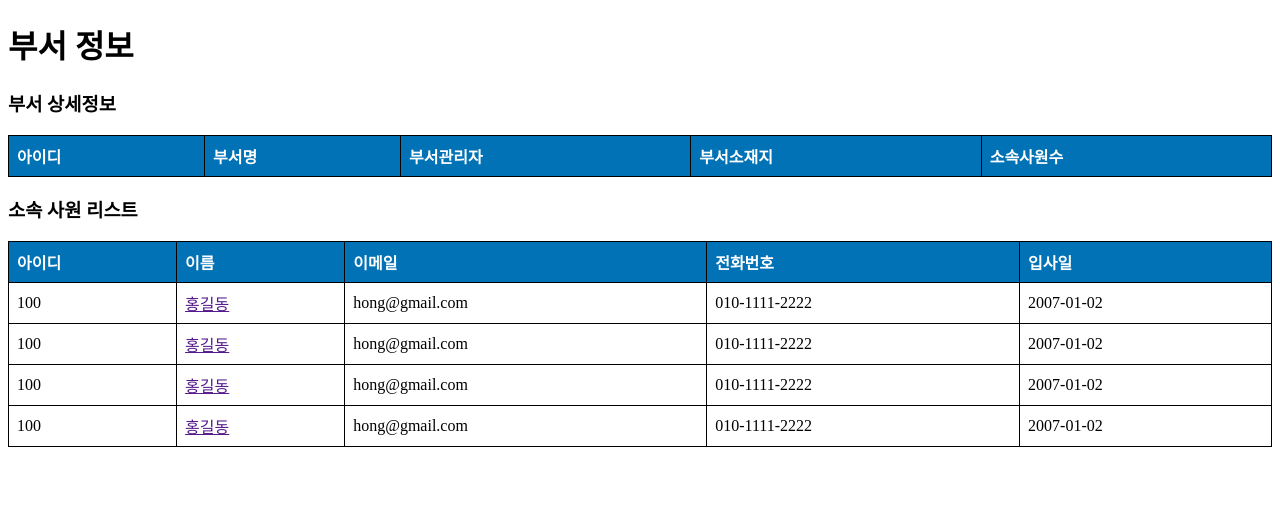
Repository: benpark0613/basic
Page: http://localhost/sample/hr/dept/detail.jsp
An editor plug-in stored every save of this project. The page is shown before and after the next save, followed by the edit.
The browser window is 1280 px wide. The pictures show the whole page.
The page is served by Tomcat 9. Other server files are loaded and not shown.

Above is the page before, as saved 2021-11-10 03:35:17.

### HR_app/sample/src/main/webapp/hr/dept/detail.jsp
<%@ page language="java" contentType="text/html; charset=UTF-8"
    pageEncoding="UTF-8"%>
<!DOCTYPE html>
<html>
<head>
<meta charset="UTF-8">
<title>부서정보 관리::부서 상세정보</title>
<link rel="stylesheet" type="text/css" href="../../resources/css/style.css">
</head>
<body>
	<h1>부서 정보</h1>

	<h3>부서 상세정보</h3>
	<table>
		<thead>
			<tr>
				<th>아이디</th>
				<th>부서명</th>
				<th>부서관리자</th>
				<th>부서소재지</th>
				<th>소속사원수</th>
			</tr>
		</thead>
	</table>

	<h3>소속 사원 리스트</h3>
	<table>
		<thead>
			<tr>
				<th>아이디</th>
				<th>이름</th>
				<th>이메일</th>
				<th>전화번호</th>
				<th>입사일</th>
			</tr>
		</thead>
		<tbody>
			<tr>
				<td>100</td>
				<td><a href="">홍길동</a></td>
				<td>hong@gmail.com</td>
				<td>010-1111-2222</td>
				<td>2007-01-02</td>
			</tr>
			<tr>
				<td>100</td>
				<td><a href="">홍길동</a></td>
				<td>hong@gmail.com</td>
				<td>010-1111-2222</td>
				<td>2007-01-02</td>
			</tr>
			<tr>
				<td>100</td>
				<td><a href="">홍길동</a></td>
				<td>hong@gmail.com</td>
				<td>010-1111-2222</td>
				<td>2007-01-02</td>
			</tr>
			<tr>
				<td>100</td>
				<td><a href="">홍길동</a></td>
				<td>hong@gmail.com</td>
				<td>010-1111-2222</td>
				<td>2007-01-02</td>
			</tr>
		</tbody>
	</table>
</body>
</html>

### HR_app/sample/src/main/webapp/resources/css/style.css
@charset "UTF-8";

table {
	width: 100%;
	border-collapse: collapse;
}

th, td {
	padding: 8px;
	text-align: left;
	border: 1px solid black;
}

thead th {
	background-color: #0072B5;
	color : white;
	font-weight: bolder;
}

After the next save:
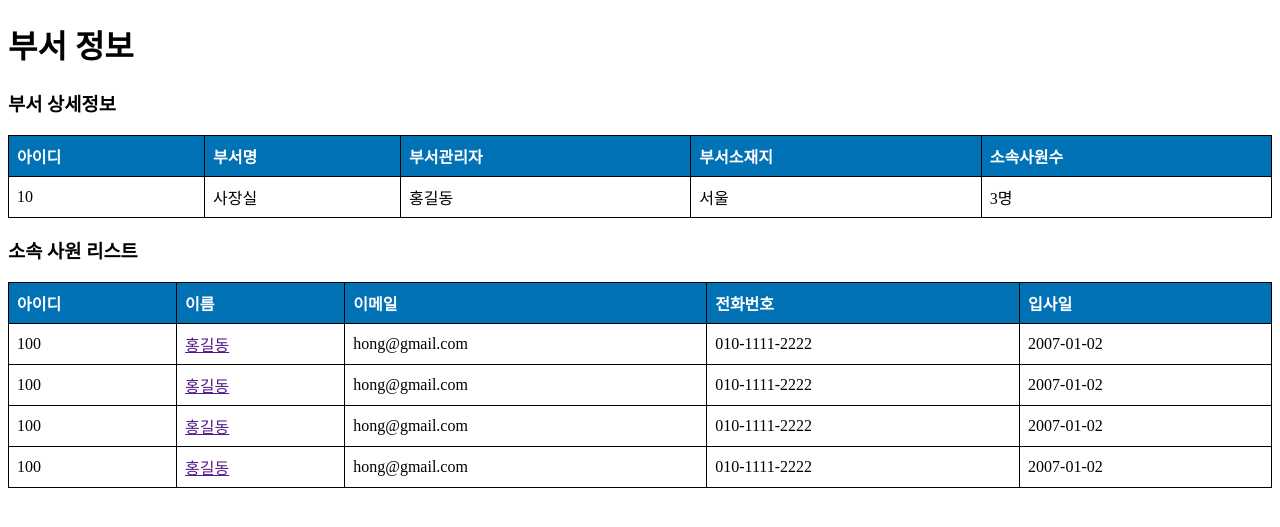
Saved 95 s later.
--- a/HR_app/sample/src/main/webapp/hr/dept/detail.jsp
+++ b/HR_app/sample/src/main/webapp/hr/dept/detail.jsp
@@ -21,6 +21,15 @@
 				<th>소속사원수</th>
 			</tr>
 		</thead>
+		<tbody>
+			<tr>
+				<td>10</td>
+				<td>사장실</td>
+				<td>홍길동</td>
+				<td>서울</td>
+				<td>3명</td>
+			</tr>
+		</tbody>
 	</table>
 
 	<h3>소속 사원 리스트</h3>
